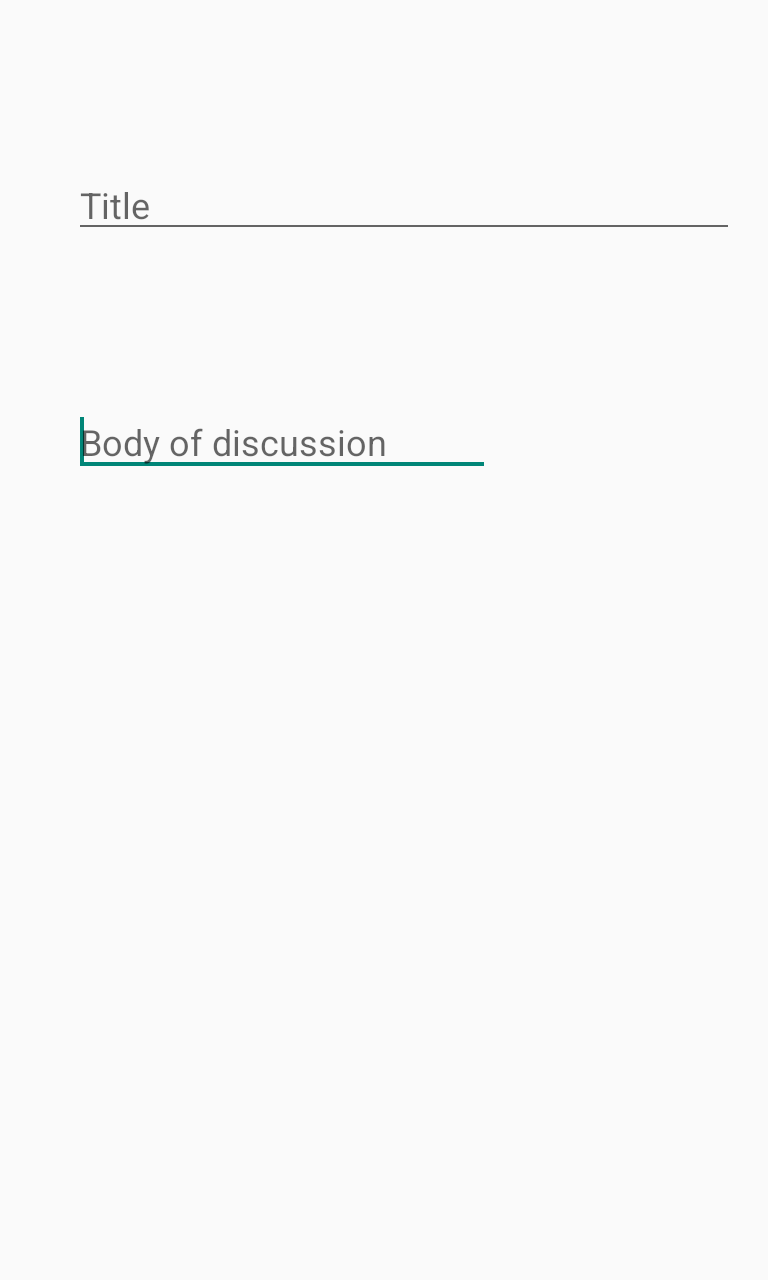
Repository: jayasi/Tag-Overflow
Layout: TagOverflow/res/layout/new_post.xml
The author's editor kept a copy of each file at every save. The layout is drawn from the files as they stood at one save, then again after the next save.
It is drawn on a 768 x 1280 px phone screen (xhdpi) without system bars, with theme AppTheme; the app's code is not run.

Above is the layout before, as saved 2015-02-17 20:02:09.

### TagOverflow/res/layout/new_post.xml
<RelativeLayout xmlns:android="http://schemas.android.com/apk/res/android"
    xmlns:tools="http://schemas.android.com/tools"
    android:layout_width="match_parent"
    android:layout_height="match_parent"
    android:paddingBottom="@dimen/activity_vertical_margin"
    android:paddingLeft="@dimen/activity_horizontal_margin"
    android:paddingRight="@dimen/activity_horizontal_margin"
    android:paddingTop="@dimen/activity_vertical_margin"
    tools:context="com.example.tagoverflow.Home" >

    <EditText
        android:id="@+id/title"
        android:layout_width="match_parent"
        android:layout_height="wrap_content"
        android:layout_alignParentLeft="true"
        android:layout_alignParentTop="true"
        android:layout_marginLeft="20dp"
        android:hint="Title"
        android:layout_marginTop="64dp"
        android:ems="10" />

    <EditText
        android:id="@+id/body"
        android:layout_width="wrap_content"
        android:layout_height="wrap_content"
        android:layout_alignLeft="@+id/title"
        android:layout_below="@+id/title"
        android:layout_marginTop="77dp"
        android:ems="10"
        android:hint="Body of discussion"
        android:inputType="textMultiLine" >

        <requestFocus />
    </EditText>

</RelativeLayout>

Loaded but not shown: TagOverflow/res/values/styles.xml (common file); TagOverflow/res/values-v11/styles.xml (common file); TagOverflow/res/values-v14/styles.xml (common file); TagOverflow/res/values/dimens.xml (common file); TagOverflow/res/values-w820dp/dimens.xml (common file)

After the next save:
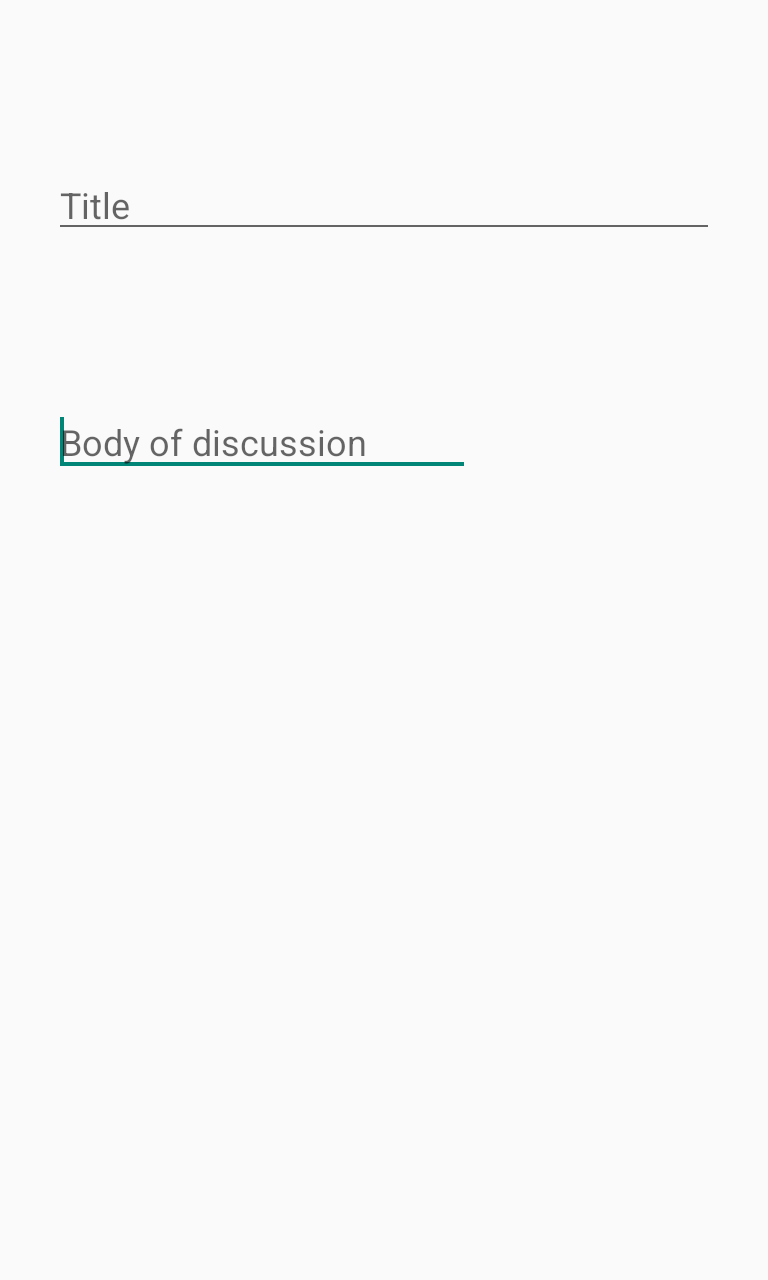
Saved 47 s later.
--- a/TagOverflow/res/layout/new_post.xml
+++ b/TagOverflow/res/layout/new_post.xml
@@ -14,7 +14,8 @@
         android:layout_height="wrap_content"
         android:layout_alignParentLeft="true"
         android:layout_alignParentTop="true"
-        android:layout_marginLeft="20dp"
+        android:layout_marginLeft="10dp"
+        android:layout_marginRight="10dp"
         android:hint="Title"
         android:layout_marginTop="64dp"
         android:ems="10" />
